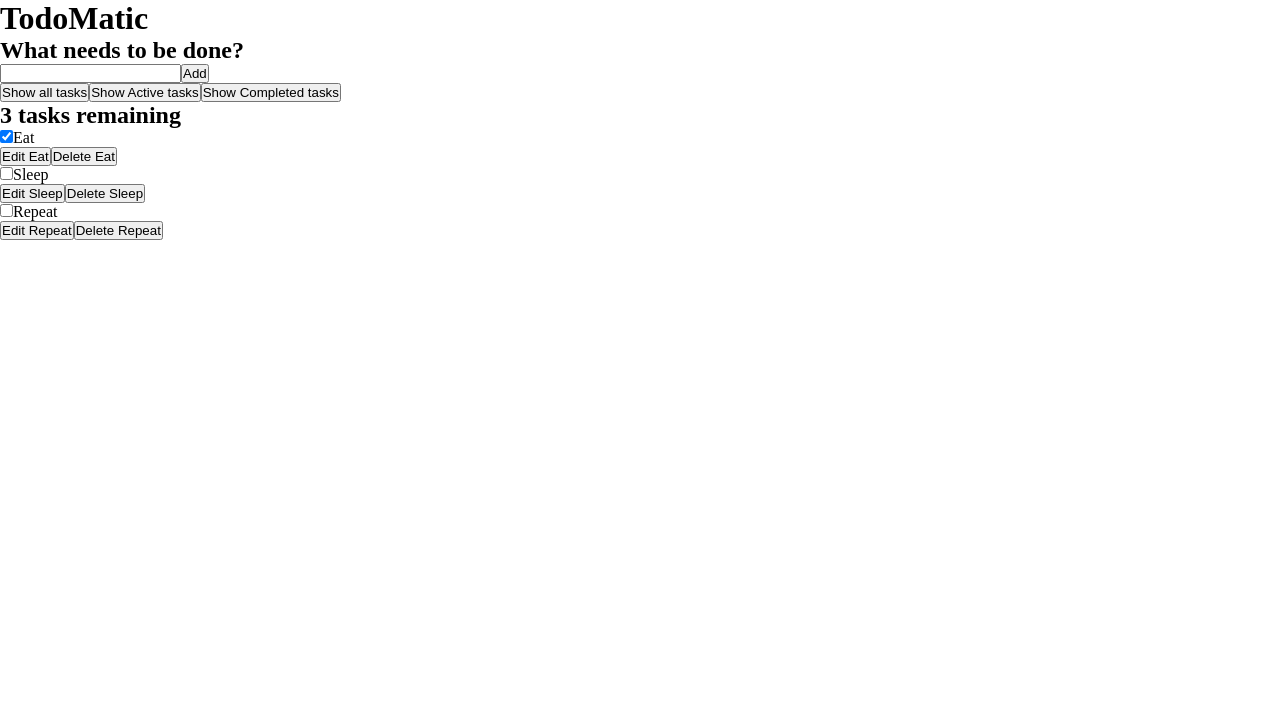
Repository: DevLaukey/todo
Page: /
The author's editor kept a copy of each file at every save. The page is drawn from the files as they stood at one save, then again after the next save.
The browser window is 1280 px wide. The pictures show the whole page.
The project was rebuilt for these pictures with package versions that can differ from the ones it lists, and the page was loaded fresh each time.

Above is the page before, as saved 2022-05-26 15:24:10.

After the next save:
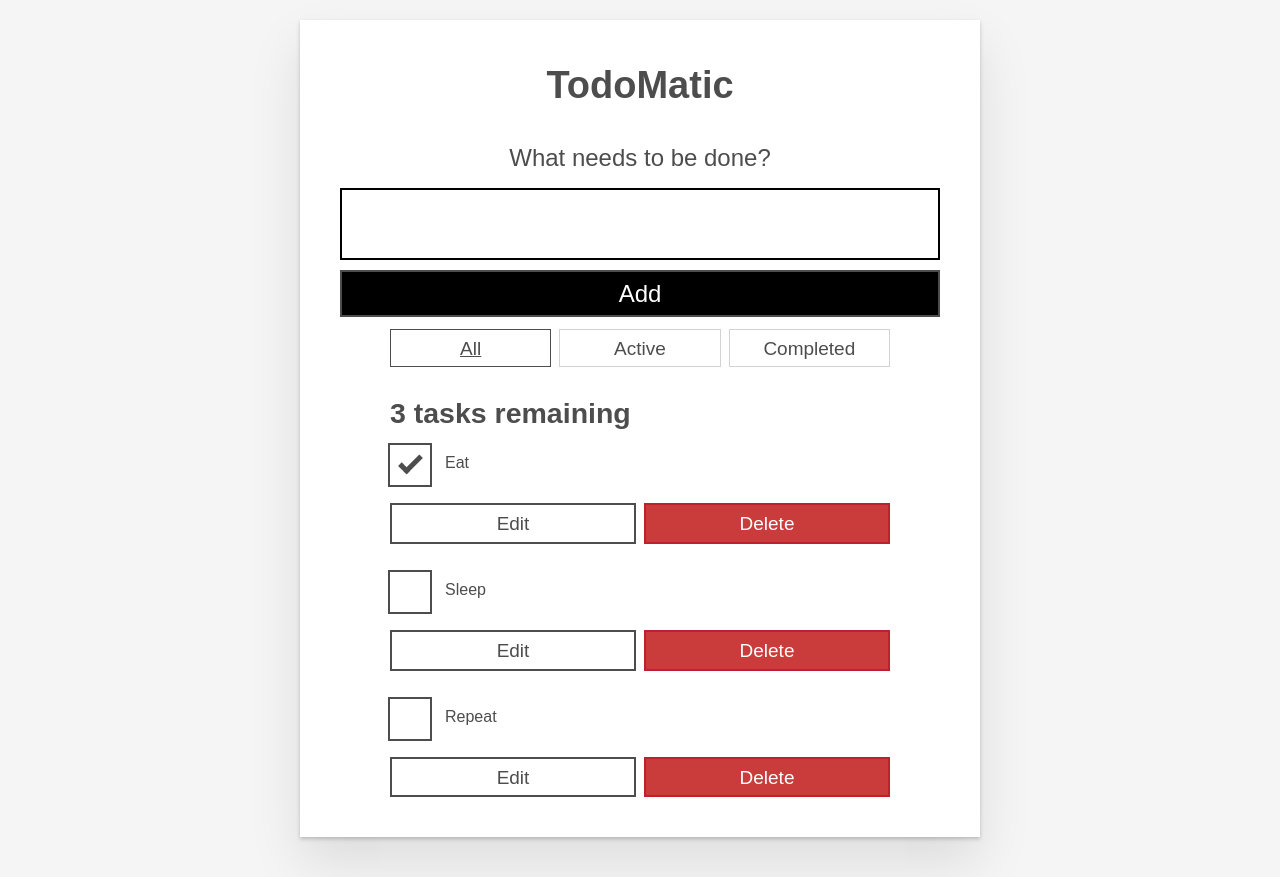
Saved 4 s later.
--- a/src/App.js
+++ b/src/App.js
@@ -1,3 +1,4 @@
+import "App.css"
 
 function App() {
   return (
